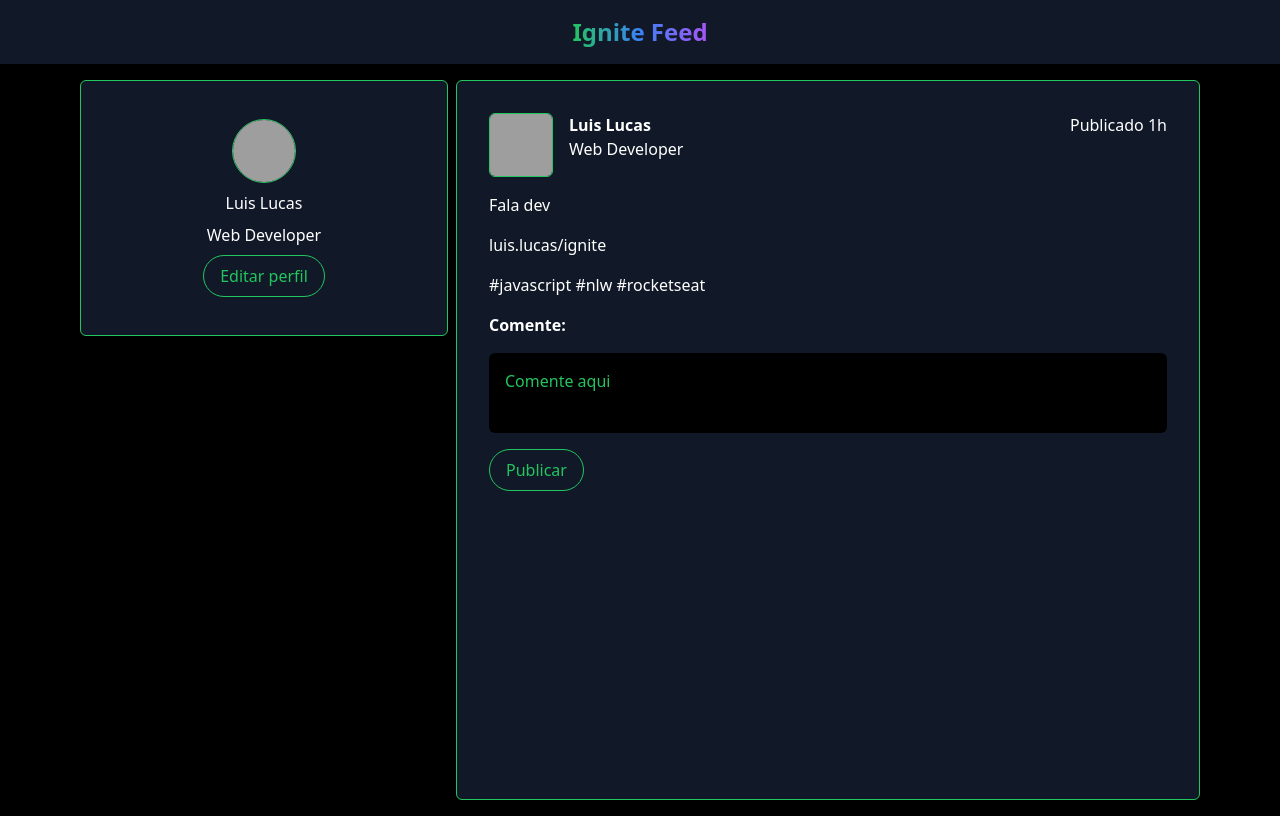
Repository: LuisSempre/ignite-feed
Page: /
The author's editor kept a copy of each file at every save. The page is drawn from the files as they stood at one save, then again after a run of saves.
The browser window is 1280 px wide. The pictures show the whole page.
Pictures or frames that could not be fetched are drawn as grey boxes. The project was rebuilt for these pictures with package versions that can differ from the ones it lists, and the page was loaded fresh each time. Also part of the build but not shown: vite.config.js.

Above is the page before, as saved 2022-07-14 21:15:01.

After the next 2 saves:
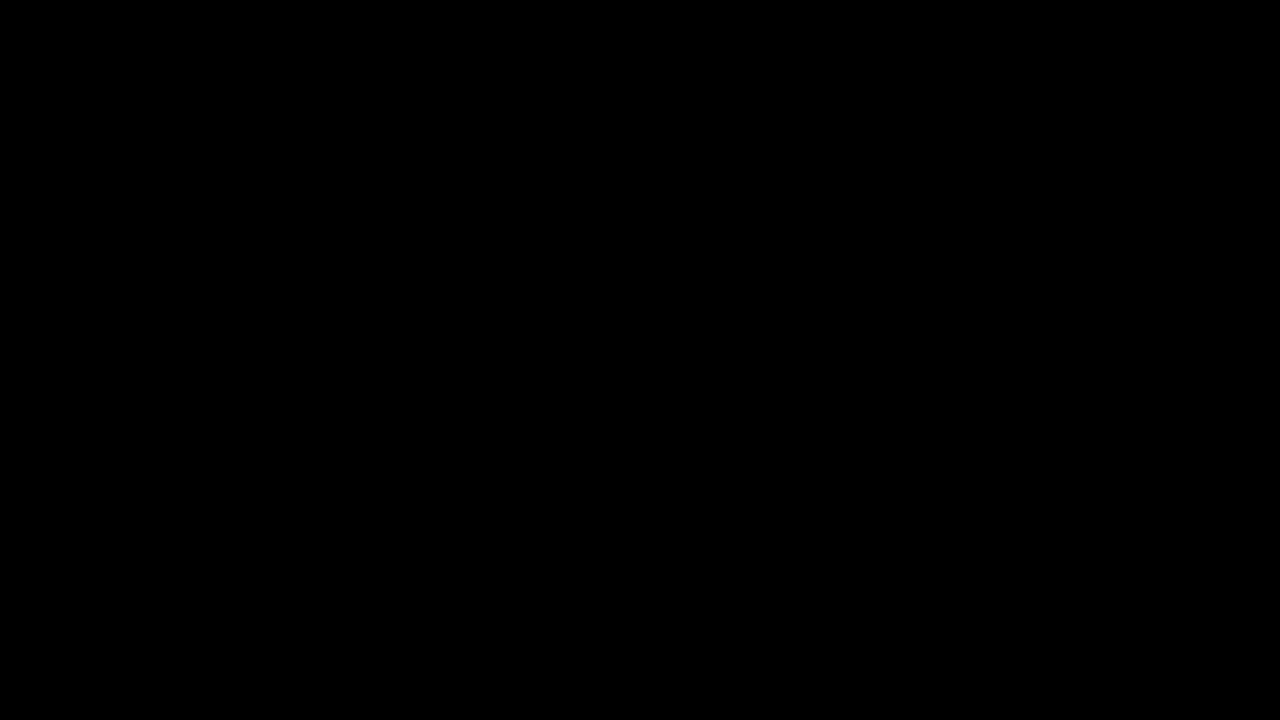
Console error (its wording comes from the project's code and is left out).
The 2 saves are shown as one change because they came seconds apart.
The last was saved 99 s later.
--- a/src/App.jsx
+++ b/src/App.jsx
@@ -5,10 +5,11 @@ function App() {
   return (
     <div>
       <Header />
-      <div className="max-w-6xl mx-auto p-4 grid grid-cols-3 gap-2 items-start">
+      <div className="grid items-start max-w-6xl grid-cols-3 gap-2 p-4 mx-auto">
         <Sidebar />
         <div className="col-span-2">
          <Post />
+         <Comment />
         </div>
       </div>
     </div>

After the save that followed:
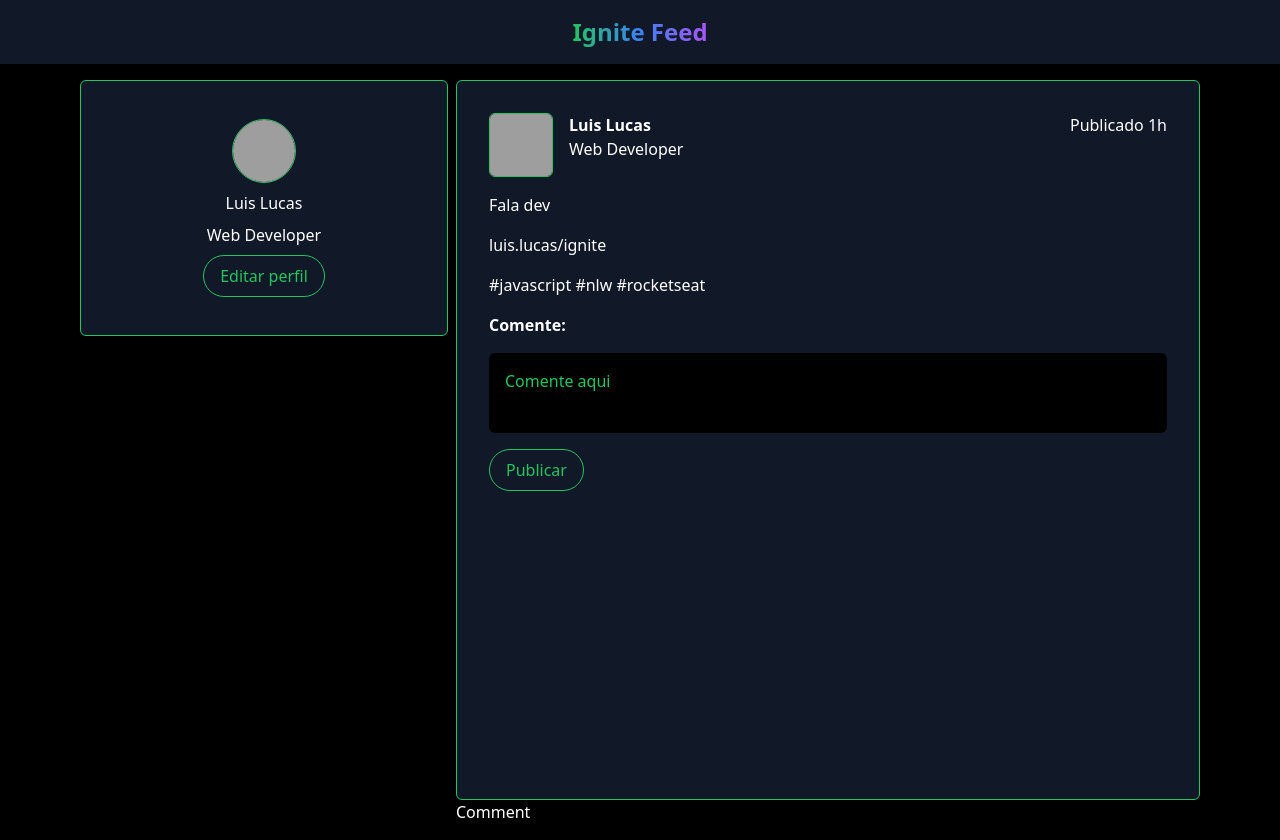
The error is gone.
Saved 20 s later.
--- a/src/App.jsx
+++ b/src/App.jsx
@@ -1,6 +1,7 @@
 import { Header } from "./Components/Header"
 import { Sidebar } from "./Components/Sidebar"
 import { Post } from "./Components/Post"
+import { Comment } from "./Components/Comment"
 function App() {
   return (
     <div>
